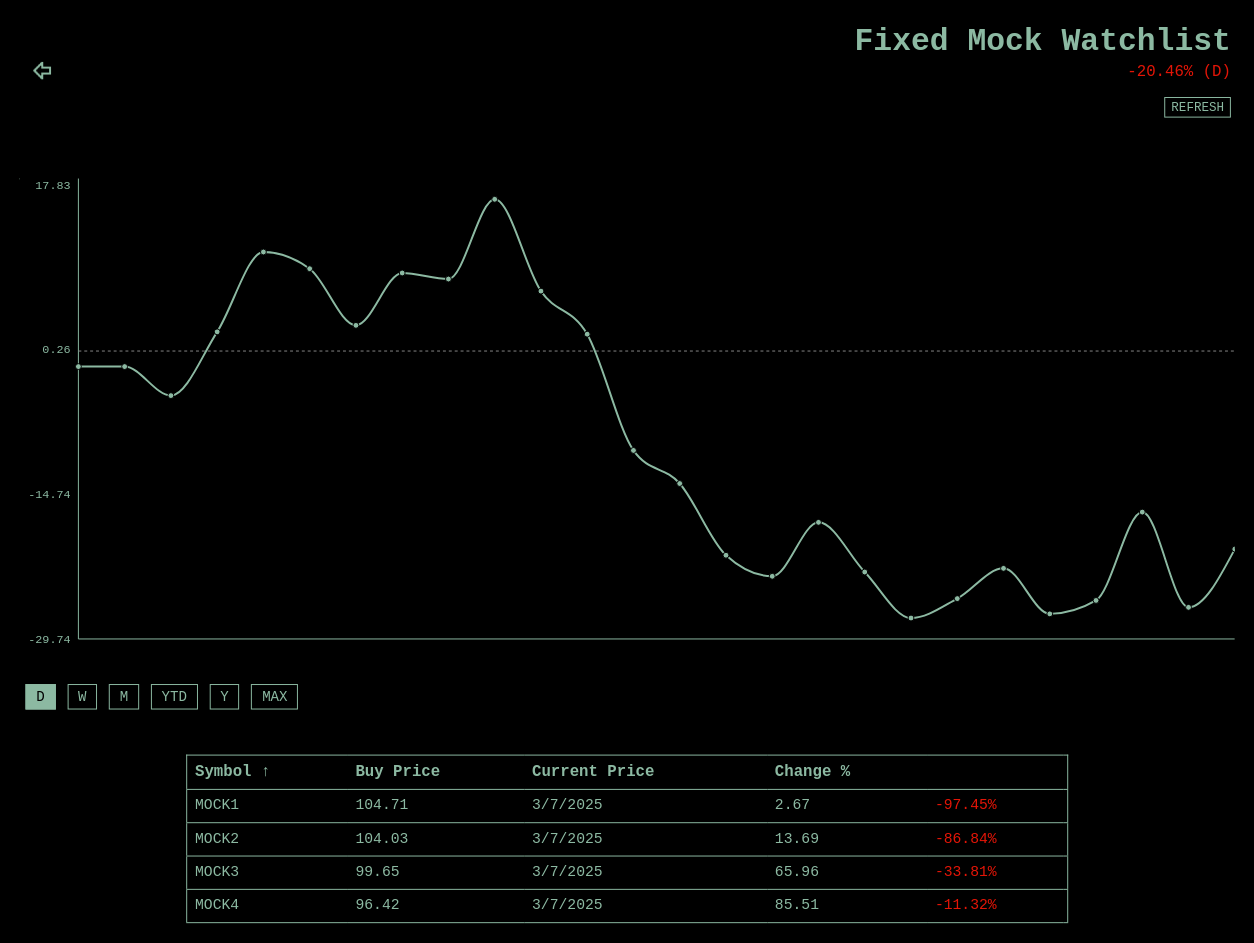
Repository: 11612x/burnlistv1.1
Page: /mockwatchlist
These files come from the project's save history. The page is drawn as it stood at one moment and after the next save; the edit follows.
The browser window is 1280 px wide. The pictures show the whole page, at 98% of full size.
The project was rebuilt for these pictures with package versions that can differ from the ones it lists, and the page was loaded fresh each time. Also part of the build but not shown: vite.config.js, src/components/CustomTooltip.jsx, src/data/randomNames.js, src/components/NotificationBanner.jsx, src/components/CustomButton.jsx, src/pages/HomePage.jsx, src/data/tickerUtils.js, src/data/createTicker.js and 10 more.

Above is the page before, as saved 2025-07-22 11:16:23.

### index.html
<!DOCTYPE html>
<html lang="en">
  <head>
    <meta charset="UTF-8" />
    <meta name="viewport" content="width=device-width, initial-scale=1.0" />
    <title>Burnlist</title>
    <link rel="icon" type="image/x-icon" href="/favicon.ico" />
  </head>
  <body>
    <div id="root"></div>
    <script type="module" src="/src/main.jsx"></script>
  </body>
</html>

### src/main.jsx
import React from 'react';
import ReactDOM from 'react-dom/client';
import App from './App';
import './index.css';
import MockWatchlistPage from './pages/MockWatchlistPage';

console.log("MAIN.JSX is running");


ReactDOM.createRoot(document.getElementById('root')).render(<App />);

### src/App.jsx
// React core and lifecycle
import React, { useState, useEffect } from "react";
// React Router for routing
import { BrowserRouter as Router, Routes, Route } from "react-router-dom";
// App pages
import Home from "@pages/HomePage";
import BurnPage from "@pages/burnPage";
import MockWatchlistPage from "@pages/MockWatchlistPage";
import UniverseScreenerPage from "@pages/UniverseScreenerPage";
import UniverseHomePage from "@pages/UniverseHomePage";
import TradeDashboard from './pages/TradeDashboard';
import TradeJournal from './pages/TradeJournal';
// Fetch manager for cleanup
import { fetchManager } from '@data/fetchManager';
import { ThemeProvider } from './ThemeContext';


function App() {
  // Load watchlists from localStorage or default to empty object
  const [watchlists, setWatchlists] = useState(() => {
    try {
      const saved = localStorage.getItem("burnlist_watchlists");
      console.log("Loaded watchlists from localStorage:", saved);
      return saved ? JSON.parse(saved) : {};
    } catch {
      return {};
    }
  });

  // Persist watchlists to localStorage on changes
  useEffect(() => {
    console.log("Saving watchlists to localStorage:", watchlists);
    localStorage.setItem("burnlist_watchlists", JSON.stringify(watchlists));
  }, [watchlists]);

  // Cleanup fetch manager on app unmount
  useEffect(() => {
    return () => {
      fetchManager.cleanup();
    };
  }, []);

  return (
    <ThemeProvider>
      <Router>
        <Routes>
          <Route
            path="/"
            element={<Home watchlists={watchlists} setWatchlists={setWatchlists} />}
          />
          <Route
            path="/watchlist/:slug"
            element={<BurnPage watchlists={watchlists} setWatchlists={setWatchlists} />}
          />
          {/* Route for mock watchlist testing - remove when not needed */}
          <Route path="/mockwatchlist" element={<MockWatchlistPage />} />
          {/* Route for Universe Homepage */}
          <Route path="/universes" element={<UniverseHomePage />} />
          {/* Route for Universe Screener */}
          <Route path="/universe/:slug" element={<UniverseScreenerPage />} />
          <Route path="/trade" element={<TradeDashboard />} />
          <Route path="/journal" element={<TradeJournal />} />
        </Routes>
      </Router>
    </ThemeProvider>
  );
}

export default App;

### src/index.css
body, html, #root {
  margin: 0;
  padding: 0;
  height: 100%;
  background-color: black;
  color: #0de309;
  font-family: 'Courier New', Courier, monospace;
}

/* Remove spinner controls from number inputs (all browsers) */
input[type=number]::-webkit-inner-spin-button,
input[type=number]::-webkit-outer-spin-button {
  -webkit-appearance: none;
  margin: 0;
}
input[type=number] {
  -moz-appearance: textfield;
}

### src/pages/MockWatchlistPage.jsx
import React, { useState, useEffect } from 'react';
import WatchlistHeader from '@components/WatchlistHeader';
import WatchlistChart from '@components/WatchlistChart';
import TimeframeSelector from '@components/TimeframeSelector';
import TickerTable from '@components/TickerTable';
import { useAverageReturn } from '@hooks/useAverageReturn';
import { generateFixedMockWatchlist } from '@data/mockTickerGenerator';
import { useTheme } from '../ThemeContext';

const MOCK_KEY = 'burnlist_mock_watchlist';

const MockWatchlistPage = () => {
  const [selectedTimeframe, setSelectedTimeframe] = useState('D');
  const [watchlist, setWatchlist] = useState(null);
  const { isInverted } = useTheme();

  useEffect(() => {
    // Try to load from localStorage
    let stored = null;
    try {
      stored = JSON.parse(localStorage.getItem(MOCK_KEY));
    } catch (e) {
      stored = null;
    }
    if (stored && stored.items && Array.isArray(stored.items) && stored.items.length > 0) {
      setWatchlist(stored);
    } else {
      // Generate and save new mock watchlist
      const mock = generateFixedMockWatchlist({ numTickers: 4, days: 130, pointsPerDay: 25 });
      setWatchlist(mock);
      localStorage.setItem(MOCK_KEY, JSON.stringify(mock));
    }
  }, []);

  const averageReturn = useAverageReturn(watchlist?.items || [], selectedTimeframe);

  if (!watchlist) {
    return <div style={{ color: '#FFA500', background: isInverted ? 'rgb(140,185,162)' : 'black', padding: 40, fontFamily: 'Courier New' }}>Loading mock watchlist...</div>;
  }

  return (
    <div style={{ backgroundColor: isInverted ? 'rgb(140,185,162)' : 'black', minHeight: '100vh', color: isInverted ? '#000000' : '#FFA500' }}>
      {/* DEV MODE BANNER */}
      <div style={{ background: '#FFA500', color: 'black', fontWeight: 'bold', textAlign: 'center', padding: '12px 0', fontFamily: 'Courier New', letterSpacing: 2 }}>
        DEV MODE: MOCK WATCHLIST (ORANGE = DEV)
      </div>
      {/* Header Section */}
      <div style={{ padding: '20px 20px 0 20px', marginBottom: '100px' }}>
        <WatchlistHeader name={watchlist.name} averageReturn={averageReturn} selected={selectedTimeframe} color="#FFA500" />
      </div>
      {/* Main Content Section - starts after header */}
      <div style={{ padding: '20px' }}>
        {/* Chart height: edit the value below to change the chart size */}
        <WatchlistChart
          portfolioReturnData={watchlist.items.map(item => ({
            symbol: item.symbol,
            buyDate: item.buyDate,
            historicalData: item.historicalData,
            timeframe: selectedTimeframe
          }))}
          showBacktestLine={false}
          height={500}
          lineColor="#FFA500"
          // Optionally, you can add referenceLine={0} to see the zero line
        />
        <TimeframeSelector selected={selectedTimeframe} onChange={setSelectedTimeframe} color="#FFA500" />
        {Array.isArray(watchlist.items) && watchlist.items.length > 0 ? (
          <div style={{ maxWidth: 900, margin: '40px auto 0 auto' }}>
            <TickerTable items={watchlist.items} selectedTimeframe={selectedTimeframe} color="#FFA500" />
          </div>
        ) : (
          <div style={{ fontFamily: 'Courier New, monospace', color: '#999', textAlign: 'center', marginTop: '20px' }}>
            ⚠️ No valid data to display yet.
          </div>
        )}
      </div>
    </div>
  );
};

export default MockWatchlistPage;

### src/ThemeContext.jsx
import React, { createContext, useContext, useState } from 'react';

const ThemeContext = createContext();

const CRT_GREEN = 'rgb(140,185,162)';
const CRT_GREEN_HEX = '#8CB9A2';
const RED = '#e31507';
const BLACK = '#000';
const BLACK2 = '#000000';

function mapColor(color, isInverted) {
  if (!isInverted) return color;
  // Normalize color string
  const c = color.trim().toLowerCase();
  // All black to CRT green
  if (c === BLACK || c === BLACK2 || c === 'black' || c.startsWith('rgb(0,0,0)')) return CRT_GREEN;
  // All CRT green to black
  if (c === CRT_GREEN || c === CRT_GREEN_HEX || c.startsWith('rgb(140,185,162)')) return BLACK;
  // All red stays red
  if (c === RED) return RED;
  // All other accents (gray, orange, white, etc.) go black
  return BLACK;
}

export function ThemeProvider({ children }) {
  const [isInverted, setIsInverted] = useState(false);
  const toggleTheme = () => setIsInverted((prev) => !prev);
  return (
    <ThemeContext.Provider value={{ isInverted, toggleTheme }}>
      {children}
    </ThemeContext.Provider>
  );
}

export function useTheme() {
  return useContext(ThemeContext);
}

export function useThemeColor(color) {
  const { isInverted } = useTheme();
  return mapColor(color, isInverted);
}

### src/components/TimeframeSelector.jsx
import React from "react";
import { useThemeColor } from '../ThemeContext';

const CRT_GREEN = 'rgb(140,185,162)';

const TimeframeSelector = ({ selected, onChange }) => {
  const green = useThemeColor(CRT_GREEN);
  const black = useThemeColor('black');
  return (
    <div style={{ marginTop: 10, marginBottom: 10, display: "flex", gap: 12, alignItems: "center", padding: "6px" }}>
      {["D", "W", "M", "YTD", "Y", "MAX"].map((tf) => (
        <button
          key={tf}
          onClick={() => {
            console.log("Selected timeframe:", tf);
            onChange(tf);
          }}
          style={{
            backgroundColor: selected === tf ? green : 'transparent',
            color: selected === tf ? black : green,
            border: `1px solid ${green}`,
            padding: "4px 10px",
            fontFamily: "'Courier New', Courier, monospace",
            fontSize: "0.9rem",
            cursor: "pointer",
            userSelect: "none",
          }}
        >
          {tf}
        </button>
      ))}
    </div>
  );
};

export default TimeframeSelector;

### src/components/TickerTable.jsx
import React, { useState, useMemo } from "react";
import { useAverageReturn } from "@hooks/useAverageReturn";
import TickerRow from "@components/TickerRow";
import { useSortedItems } from "@hooks/useSortedItems";
import { getReturnInTimeframe } from "@logic/portfolioUtils";
import { useThemeColor } from '../ThemeContext';

const CRT_GREEN = 'rgb(140,185,162)';

const TickerTable = ({
  items,
  editMode,
  handleChangeSymbol,
  handleDelete,
  selectedTimeframe,
}) => {
  const green = useThemeColor(CRT_GREEN);
  const black = useThemeColor('black');
  if (!Array.isArray(items)) {
    console.warn("\u26a0\ufe0f TickerTable received invalid items prop:", items);
    return null;
  }
  // State to keep track of sorting configuration: key and direction
  const [sortConfig, setSortConfig] = useState({ key: "symbol", direction: "asc" });

  // Toggle sort direction or set new key when a header is clicked
  const handleSort = (key) => {
    console.log(`\ud83e\udded handleSort triggered for key: ${key}`);
    setSortConfig((prev) => {
      if (prev.key === key) {
        // If the same key is clicked, toggle the direction
        return { key, direction: prev.direction === "asc" ? "desc" : "asc" };
      }
      // Otherwise, set new key with ascending direction
      return { key, direction: "asc" };
    });
  };

  // Display sort direction arrow next to the sorted column header
  const renderSortArrow = (key) => {
    if (sortConfig.key !== key) return "";
    return sortConfig.direction === "asc" ? "\u2191" : "\u2193";
  };

  // Get sorted items based on current sort configuration
  const sortedItems = useSortedItems(items, sortConfig);

  // Calculate average return from sorted items using custom hook
  const averageReturn = useAverageReturn(sortedItems);

  // Debug average return value
  console.log("\ud83d\udcca Average return from sortedItems:", averageReturn);

  // If a global setter function exists, update it with the latest average return
  if (typeof window !== "undefined" && typeof window.setWatchlistAverageReturn === "function") {
    window.setWatchlistAverageReturn(averageReturn);
  }

  return (
    <table style={{ width: "100%", borderCollapse: "collapse", color: green, background: black, fontFamily: 'Courier New', border: `1px solid ${green}` }}>
      <thead>
        <tr style={{ borderBottom: `1px solid ${green}` }}>
          {/* Column headers with clickable sorting functionality */}
          <th onClick={() => handleSort("symbol")} style={{ cursor: "pointer", padding: 8, textAlign: "left", color: green, borderBottom: `1px solid ${green}`, fontFamily: 'Courier New', background: black }}>
            Symbol {renderSortArrow("symbol")}
          </th>
          <th onClick={() => handleSort("buyPrice")} style={{ cursor: "pointer", padding: 8, textAlign: "left", color: green, borderBottom: `1px solid ${green}`, fontFamily: 'Courier New', background: black }}>
            Buy Price {renderSortArrow("buyPrice")}
          </th>
          <th onClick={() => handleSort("currentPrice")} style={{ cursor: "pointer", padding: 8, textAlign: "left", color: green, borderBottom: `1px solid ${green}`, fontFamily: 'Courier New', background: black }}>
            Current Price {renderSortArrow("currentPrice")}
          </th>
          <th onClick={() => handleSort("changePercent")} style={{ cursor: "pointer", padding: 8, textAlign: "left", color: green, borderBottom: `1px solid ${green}`, fontFamily: 'Courier New', background: black }}>
            Change % {renderSortArrow("changePercent")}
          </th>
          {/* Show Actions column only if edit mode is enabled */}
          {editMode && <th style={{ padding: 8, textAlign: "left", color: green, borderBottom: `1px solid ${green}`, fontFamily: 'Courier New', background: black }}>Actions</th>}
          <th style={{ textAlign: "left", color: green, borderBottom: `1px solid ${green}`, fontFamily: 'Courier New', background: black }} />
        </tr>
      </thead>
      <tbody>
        {/* Render each sorted item as a TickerRow component */}
        {sortedItems.map((item, index) => {
          console.log(`\ud83e\udde9 Rendering row for ${item.symbol}`);
          // Safely resolve buyPrice
          let resolvedBuyPrice;
          if (typeof item.buyPrice === "number") {
            resolvedBuyPrice = item.buyPrice;
          } else if (Array.isArray(item.historicalData) && item.historicalData.length > 0) {
            resolvedBuyPrice = item.historicalData[0].price; // likely a mock stock
          } else if (typeof item.currentPrice === "number") {
            resolvedBuyPrice = item.currentPrice; // fallback for real stock on first fetch
          }

          if (!item.historicalData || item.historicalData.length === 0) {
            return null;
          }

          if (
            typeof resolvedBuyPrice === "undefined" ||
            !item.buyDate ||
            !item.historicalData ||
            !Array.isArray(item.historicalData) ||
            item.historicalData.length === 0
          ) {
            console.warn(`\u26a0\ufe0f Invalid ticker data for ${item.symbol}. Skipping row.`, item);
            return null;
          }

          // Always use latest price for Current Price
          const latestPrice = Number(item.historicalData.at(-1)?.price);
          // Calculate simple buy price vs current price percentage
          const buyPrice = Number(item.buyPrice);
          const currentPrice = Number(item.historicalData.at(-1)?.price);
          let changePercent = 0;

          if (!isNaN(buyPrice) && !isNaN(currentPrice) && buyPrice > 0) {
            changePercent = ((currentPrice - buyPrice) / buyPrice) * 100;
          }

          return (
            <TickerRow
              key={`${item.symbol}-${index}`}
              item={{ ...item }}
              index={index}
              editMode={editMode}
              handleChangeSymbol={handleChangeSymbol}
              handleBuyPriceChange={typeof handleBuyPriceChange === 'function' ? handleBuyPriceChange : undefined}
              handleDelete={typeof handleDelete === 'function' ? handleDelete : undefined}
              items={items}
              selectedTimeframe={selectedTimeframe}
              changePercent={changePercent}
            />
          );
        })}
      </tbody>
    </table>
  );
};

export default React.memo(TickerTable);

Loaded but not shown: src/data/fetchManager.js (384 lines, source omitted); src/logic/portfolioUtils.js (234 lines, source omitted); src/data/mockTickerGenerator.js (67 lines, source omitted); src/hooks/useAverageReturn.js (66 lines, source omitted); src/data/normalizeTicker.js (67 lines, source omitted); src/data/finhubAdapter.js (46 lines, source omitted); src/hooks/useSortedItems.js (35 lines, source omitted); src/components/WatchlistHeader.jsx (274 lines, source omitted); src/components/WatchlistChart.jsx (212 lines, source omitted); src/components/TickerRow.jsx (202 lines, source omitted)

After the next save:
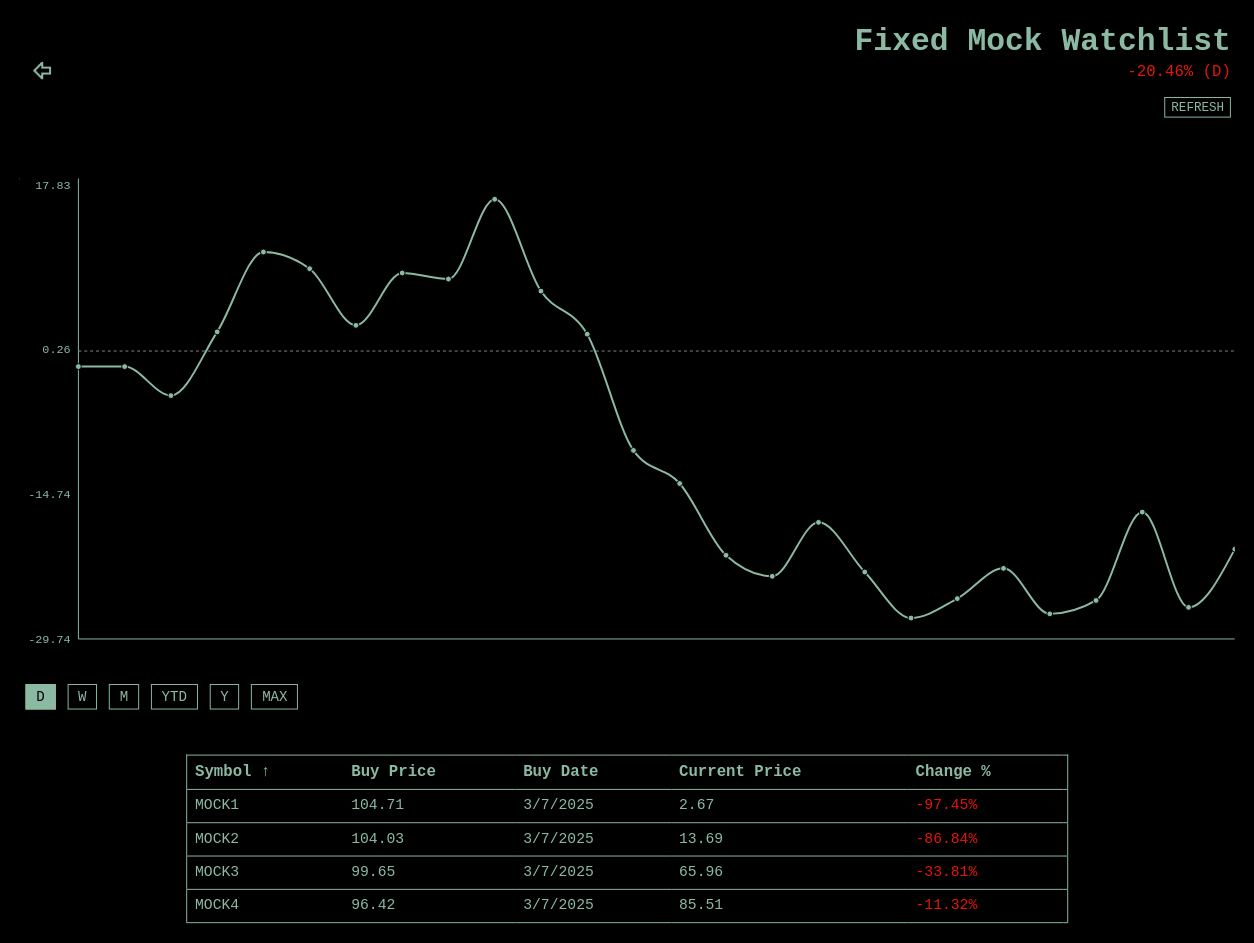
Saved 12 s later.
--- a/src/components/TickerTable.jsx
+++ b/src/components/TickerTable.jsx
@@ -11,6 +11,8 @@ const TickerTable = ({
   items,
   editMode,
   handleChangeSymbol,
+  handleBuyPriceChange,
+  handleBuyDateChange,
   handleDelete,
   selectedTimeframe,
 }) => {
@@ -66,6 +68,9 @@ const TickerTable = ({
           </th>
           <th onClick={() => handleSort("buyPrice")} style={{ cursor: "pointer", padding: 8, textAlign: "left", color: green, borderBottom: `1px solid ${green}`, fontFamily: 'Courier New', background: black }}>
             Buy Price {renderSortArrow("buyPrice")}
+          </th>
+          <th style={{ padding: 8, textAlign: "left", color: green, borderBottom: `1px solid ${green}`, fontFamily: 'Courier New', background: black }}>
+            Buy Date
           </th>
           <th onClick={() => handleSort("currentPrice")} style={{ cursor: "pointer", padding: 8, textAlign: "left", color: green, borderBottom: `1px solid ${green}`, fontFamily: 'Courier New', background: black }}>
             Current Price {renderSortArrow("currentPrice")}
@@ -126,6 +131,7 @@ const TickerTable = ({
               editMode={editMode}
               handleChangeSymbol={handleChangeSymbol}
               handleBuyPriceChange={typeof handleBuyPriceChange === 'function' ? handleBuyPriceChange : undefined}
+              handleBuyDateChange={typeof handleBuyDateChange === 'function' ? handleBuyDateChange : undefined}
               handleDelete={typeof handleDelete === 'function' ? handleDelete : undefined}
               items={items}
               selectedTimeframe={selectedTimeframe}
